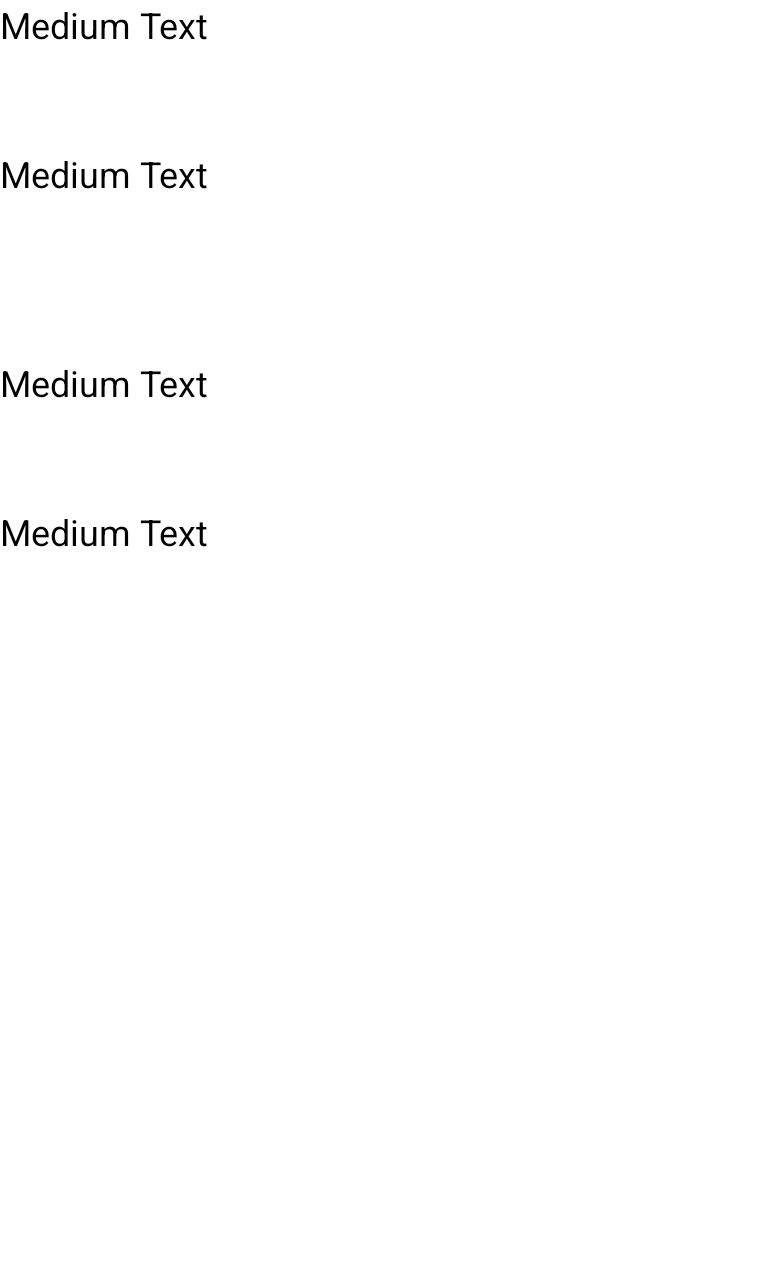
Repository: ankitC/taskmon
Layout: taskmon/res/layout/activity_set_reserve.xml
The author's editor kept a copy of each file at every save. The layout is drawn from the files as they stood at one save, then again after the next save.
It is drawn on a 768 x 1280 px phone screen (xhdpi) without system bars, with theme AppTheme; the app's code is not run.

Above is the layout before, as saved 2013-10-07 02:13:05.

After the next save:
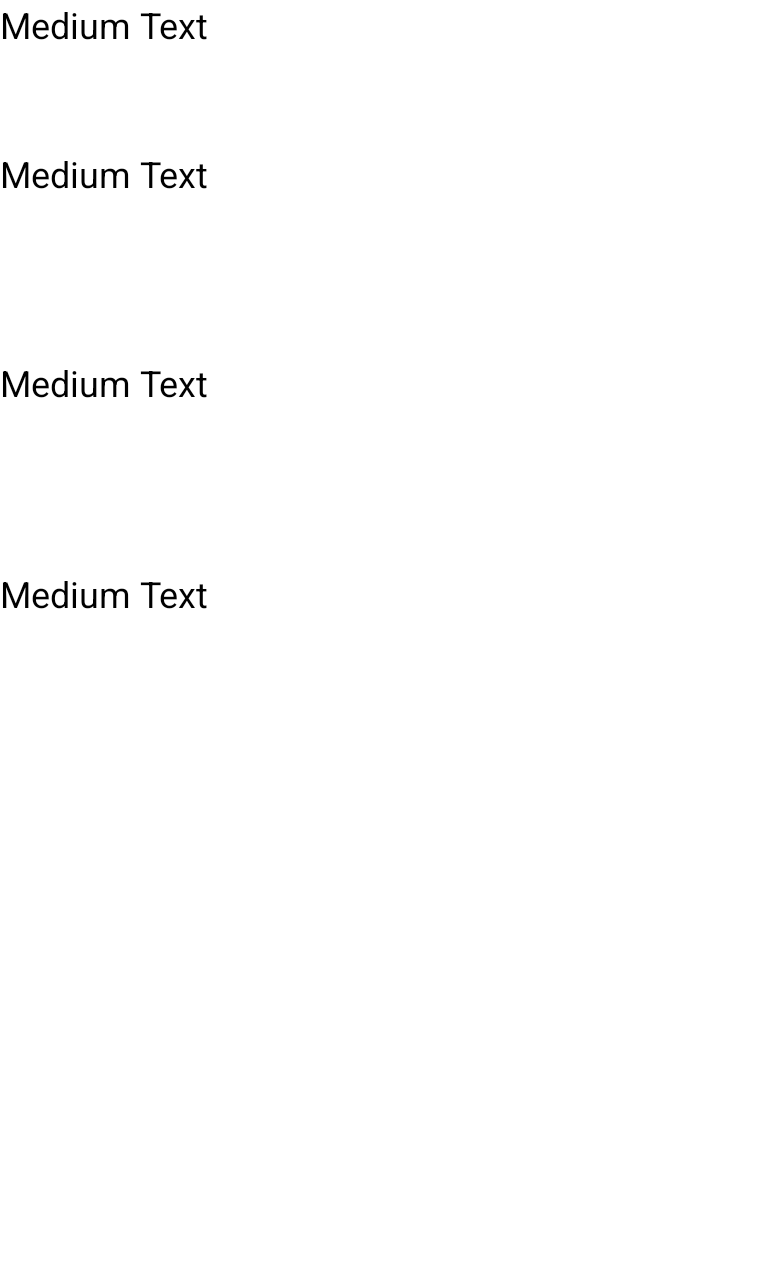
Saved 29 s later.
--- a/taskmon/res/layout/activity_set_reserve.xml
+++ b/taskmon/res/layout/activity_set_reserve.xml
@@ -32,14 +32,13 @@
         android:textAppearance="?android:attr/textAppearanceMedium" />
 
      <TextView
-        android:id="@+id/textView4"
-        android:layout_width="wrap_content"
-        android:layout_height="wrap_content"
-        android:layout_alignParentLeft="true"
-        android:layout_below="@+id/textView3"
-        android:layout_marginTop="50dp"
-        android:text="Medium Text"
-        android:textAppearance="?android:attr/textAppearanceMedium" />
-
+         android:id="@+id/textView4"
+         android:layout_width="wrap_content"
+         android:layout_height="wrap_content"
+         android:layout_alignParentLeft="true"
+         android:layout_below="@+id/textView3"
+         android:layout_marginTop="81dp"
+         android:text="Medium Text"
+         android:textAppearance="?android:attr/textAppearanceMedium" />
 
 </RelativeLayout>
